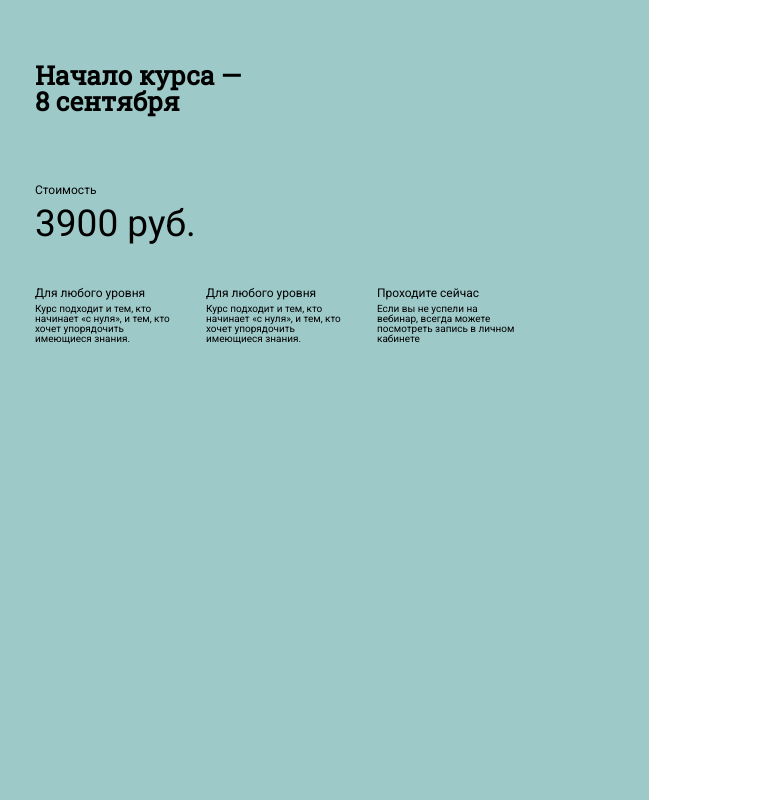
Repository: NatiqSamiyev/fiqma-task3
Page: index.html
These files come from the project's save history. The page is drawn as it stood at one moment and after the next save; the edit follows.
The browser window is 768 px wide. The pictures show the whole page.

Above is the page before, as saved 2023-08-12 13:40:48.

After the next save:
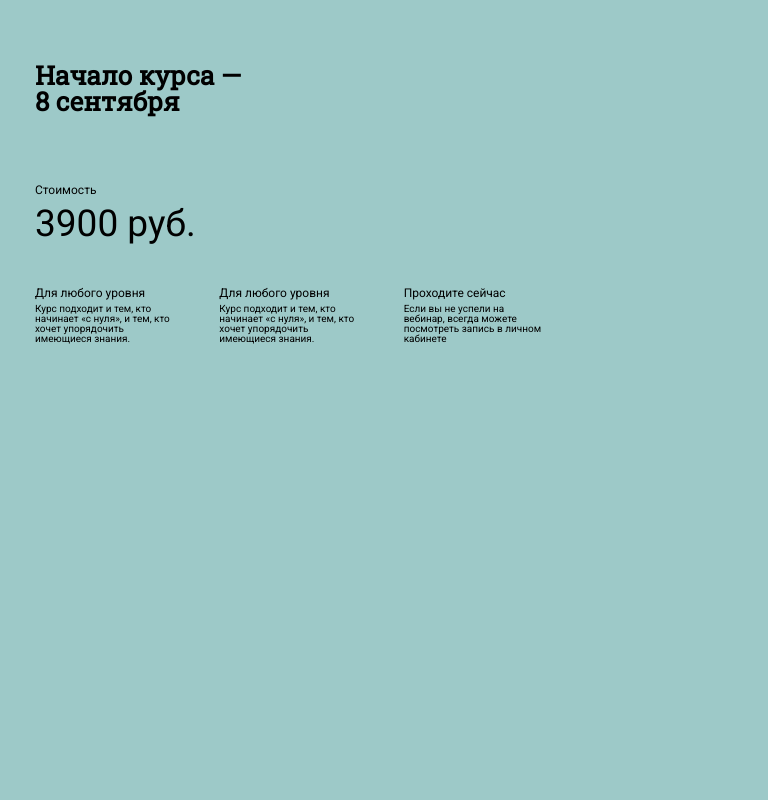
Saved 91 s later.
--- a/index.css
+++ b/index.css
@@ -112,7 +112,7 @@
 @media screen and (max-width: 768px) {
   .container {
     padding: 62px 180px 63px 35px;
-    width: 649px;
+
   }
 
   .container h1 {

After the save that followed:
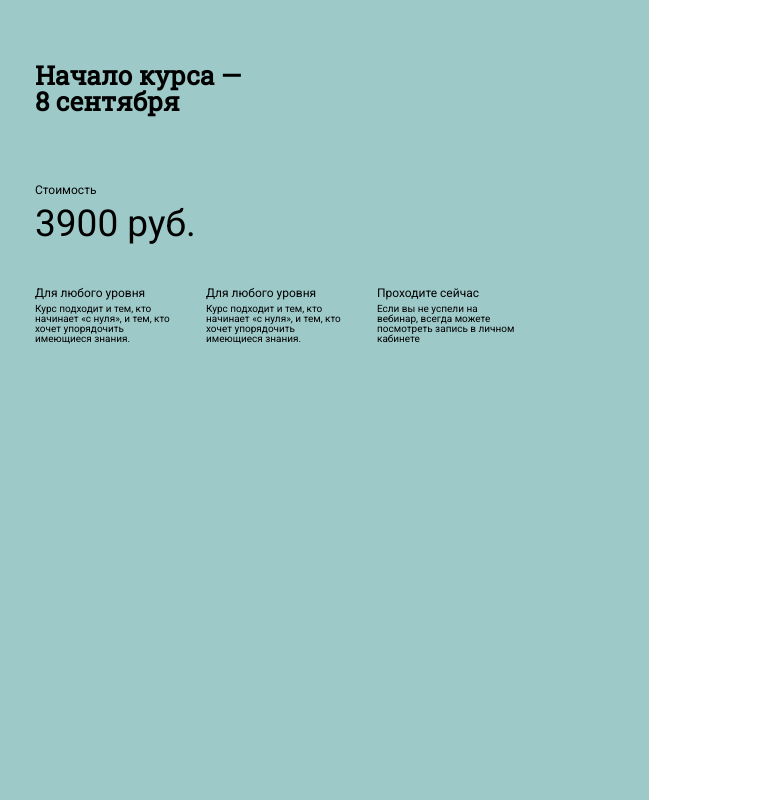
Saved 10 s later.
--- a/index.css
+++ b/index.css
@@ -112,7 +112,7 @@
 @media screen and (max-width: 768px) {
   .container {
     padding: 62px 180px 63px 35px;
-
+    width: 649px;
   }
 
   .container h1 {
